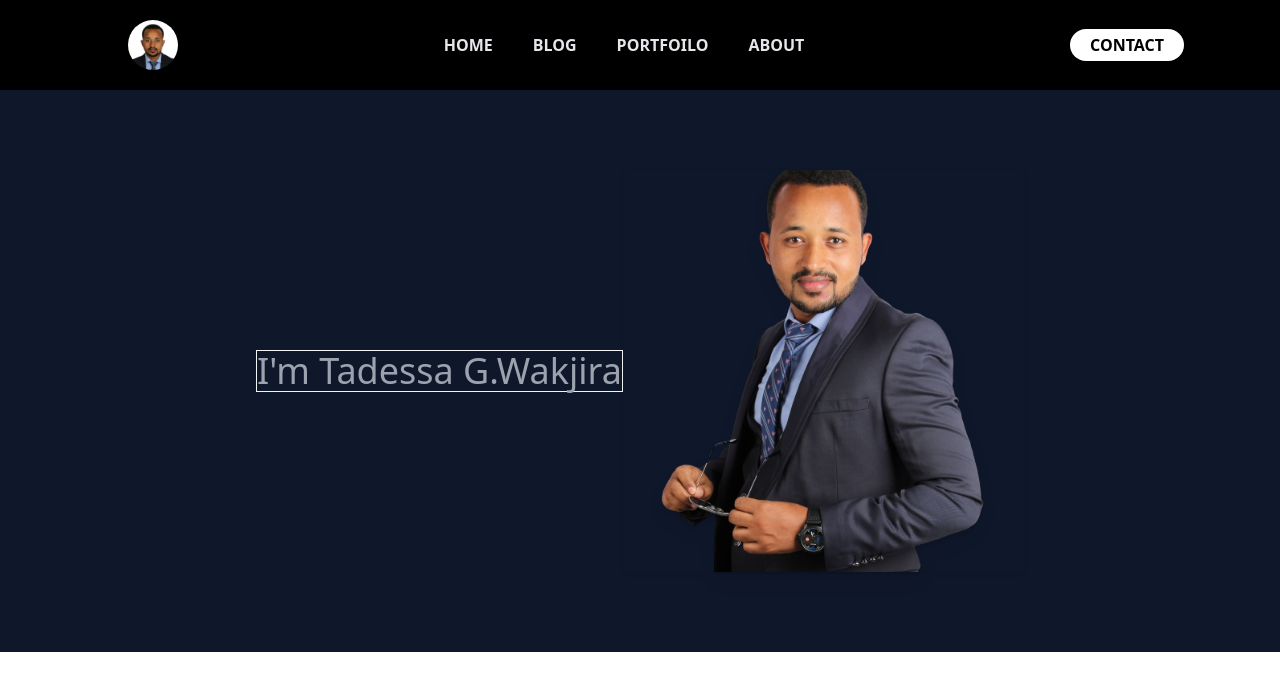
Repository: Elias-Kibret/Tade-portfoilo
Page: /
These files come from the project's save history. The page is drawn as it stood at one moment and after the next save; the edit follows.
The browser window is 1280 px wide. The pictures show the whole page.
The project was rebuilt for these pictures with package versions that can differ from the ones it lists, and the page was loaded fresh each time. The framework's server and built-in components were replaced by stand-ins that run in the browser. Also part of the build but not shown: next.config.js.

Above is the page before, as saved 2022-06-27 08:07:53.

After the next save:
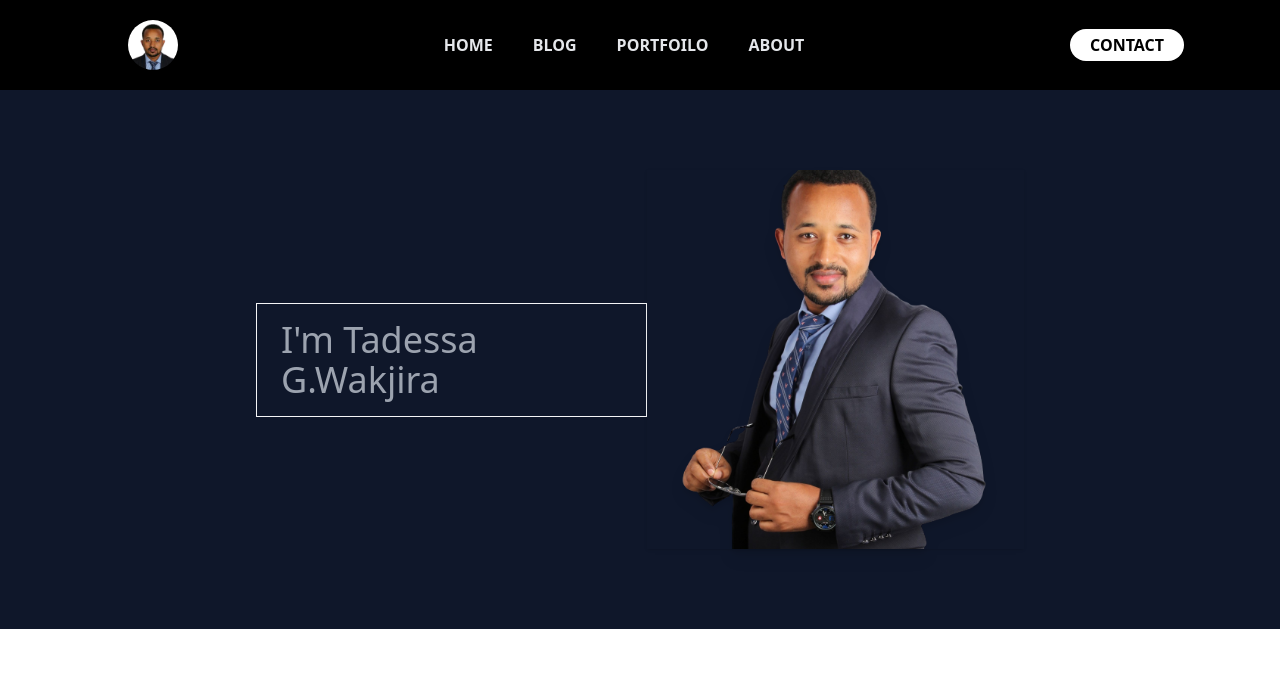
Saved 10 s later.
--- a/components/Hero.tsx
+++ b/components/Hero.tsx
@@ -5,7 +5,7 @@ const Hero = () => {
 <main className="h-auto py-20 bg-slate-900 text-gray-400" >
 <div className='w-3/5 mx-auto flex justify-between items-center'>
 <div className='border border-gray-100 ' >
-      <h1 className="text-4xl">
+      <h1 className="text-4xl py-4 px-6">
         I'm Tadessa G.Wakjira
       </h1>
       <h2>
